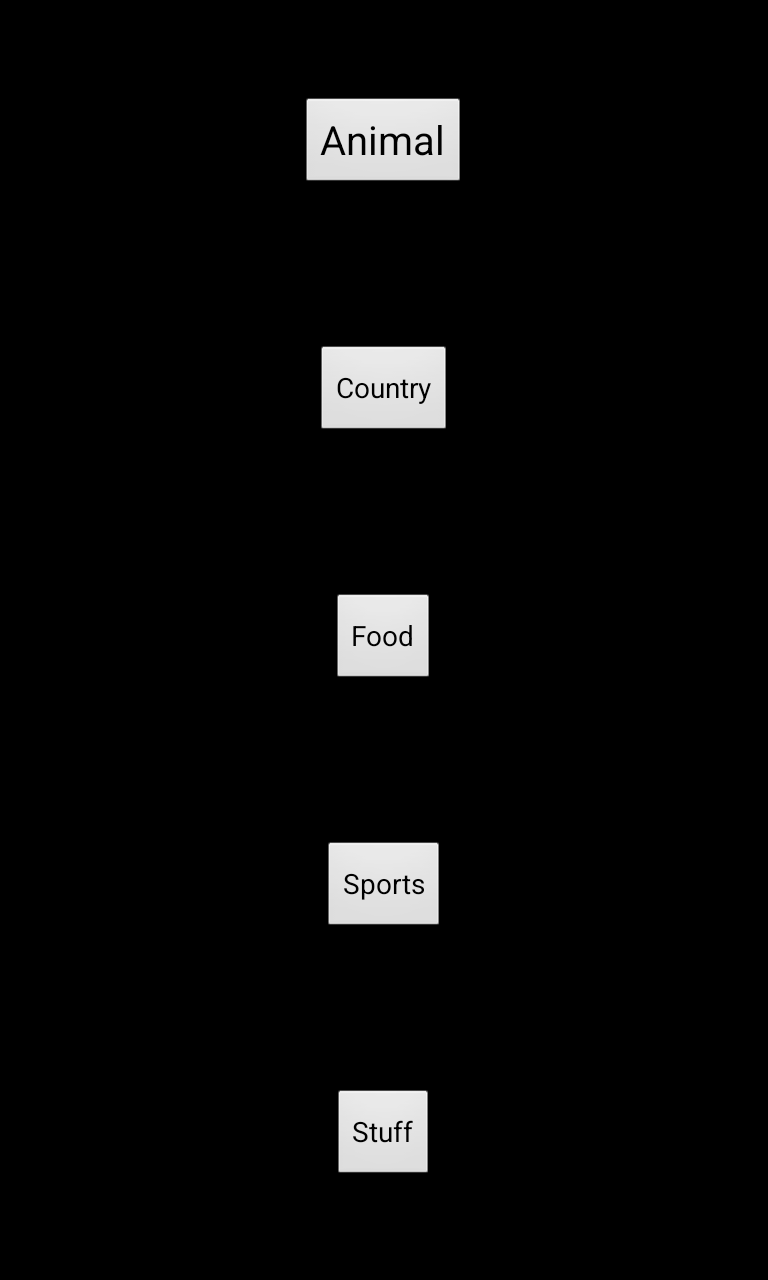
Repository: aster9725/HK-CityU-SummerExchange
Layout: Copy of WordQuiz/res/layout/activity_category.xml
An editor plug-in stored every save of this project. The layout is shown before and after the next save, followed by the edit.
It is drawn on a 768 x 1280 px phone screen (xhdpi) without system bars, with theme android:Theme; the app's code is not run.

Above is the layout before, as saved 2014-07-24 09:58:10.

After the next save:
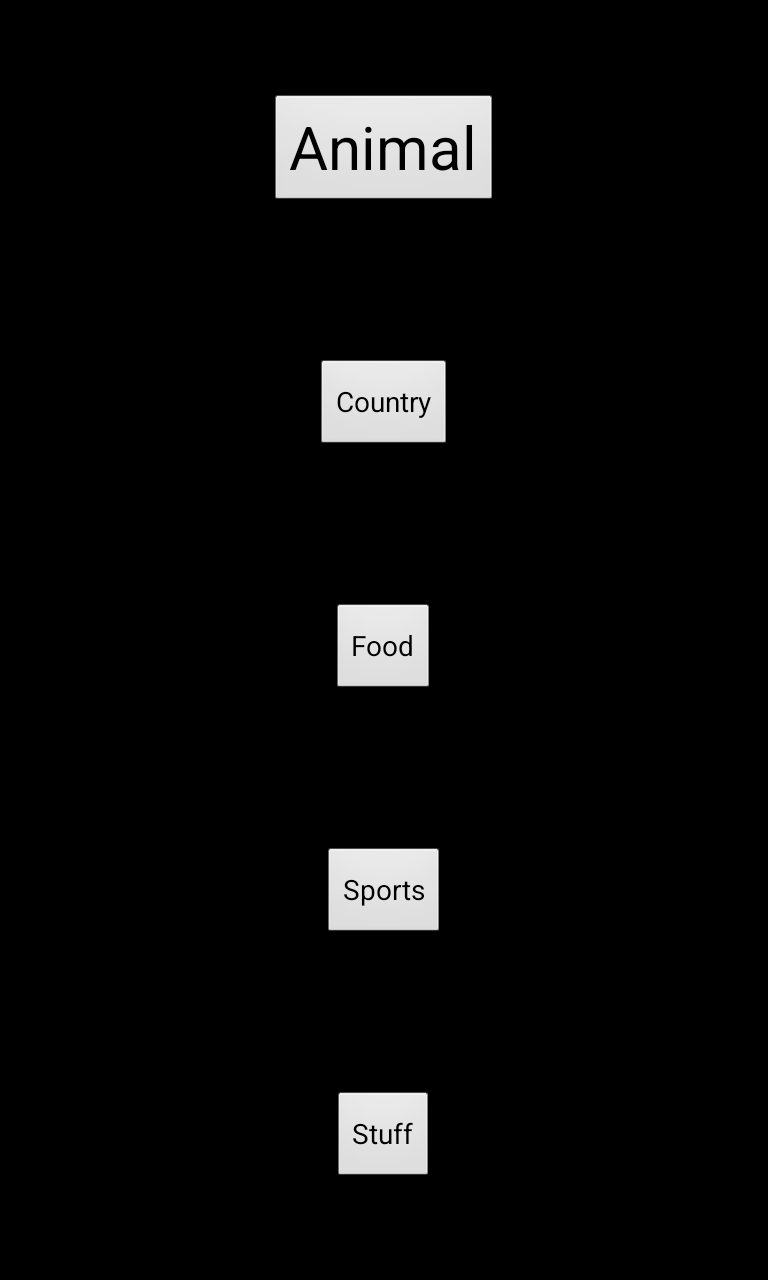
Saved 11 s later.
--- a/Copy of WordQuiz/res/layout/activity_category.xml
+++ b/Copy of WordQuiz/res/layout/activity_category.xml
@@ -18,7 +18,7 @@
             android:layout_width="wrap_content"
             android:layout_height="wrap_content"
             android:text="Animal"
-            android:textSize="20sp" />
+            android:textSize="30sp" />
     </LinearLayout>
 
     <LinearLayout
